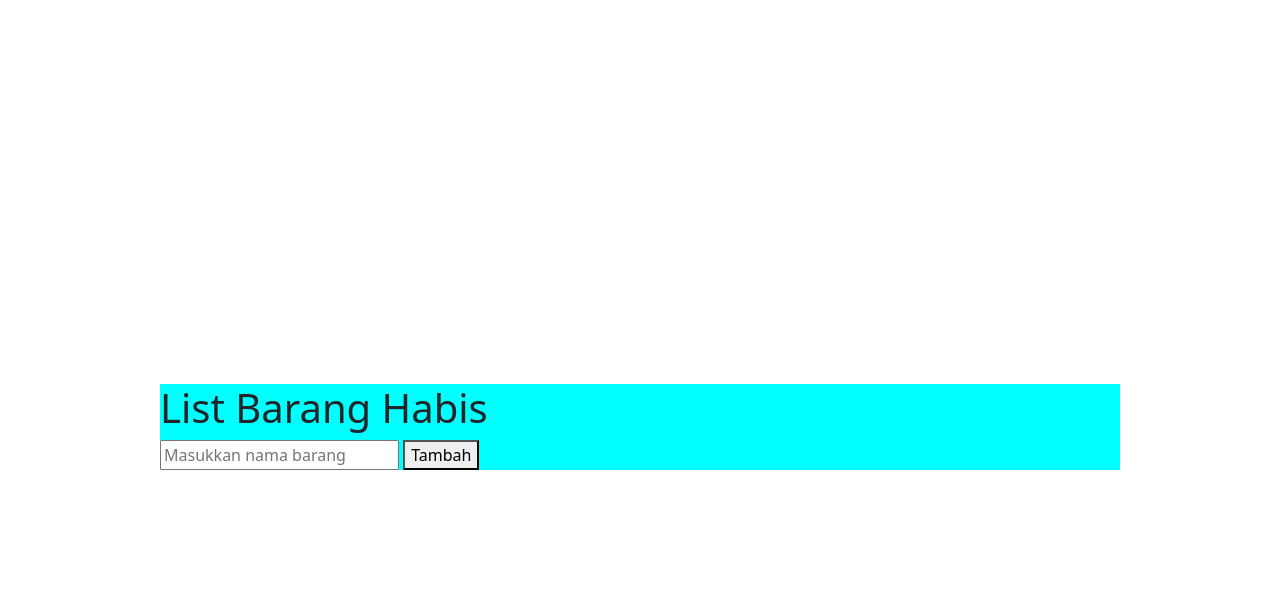
Repository: amorysdeo/dirumah
Page: index.html
These files come from the project's save history. The page is drawn as it stood at one moment and after a run of saves; the edit follows.
The browser window is 1280 px wide. The pictures show the whole page.

Above is the page before, as saved 2025-11-27 11:54:15.

After the next 3 saves:
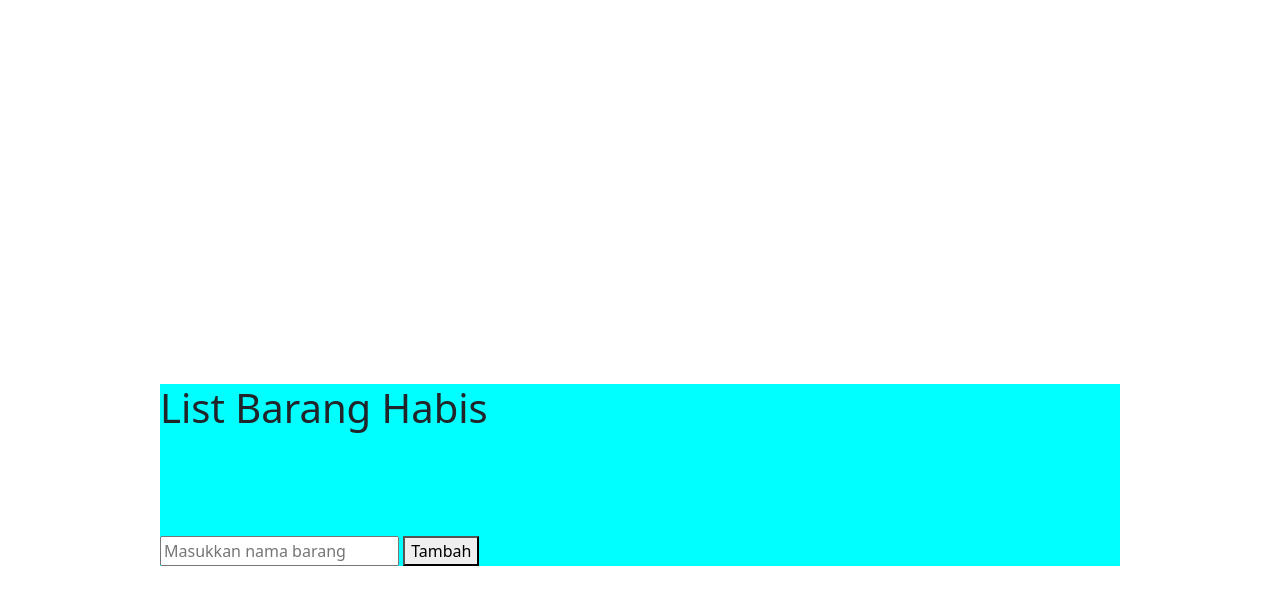
The 3 saves are shown as one change because they came seconds apart.
The last was saved 8 s later.
--- a/css.css
+++ b/css.css
@@ -16,4 +16,5 @@ body{
 #title h1{
     margin-left: auto;
     margin-right: auto;
+    padding-bottom: 10%;
 }
